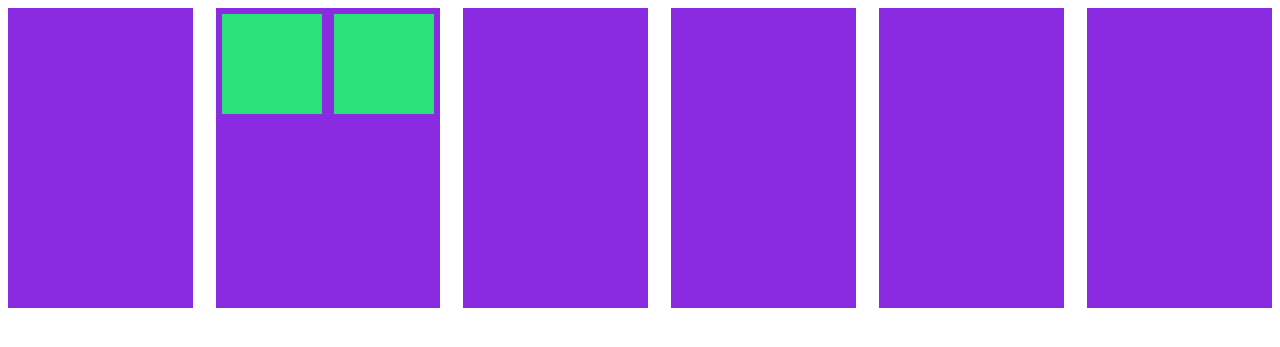
Repository: TzStrikerYT/Dise-o-web-NA00
Page: Proyecto-01/index.html
An editor plug-in stored every save of this project. The page is shown before and after the next save, followed by the edit.
The browser window is 1280 px wide. The pictures show the whole page.

Above is the page before, as saved 2024-08-21 20:51:12.

After the next save:
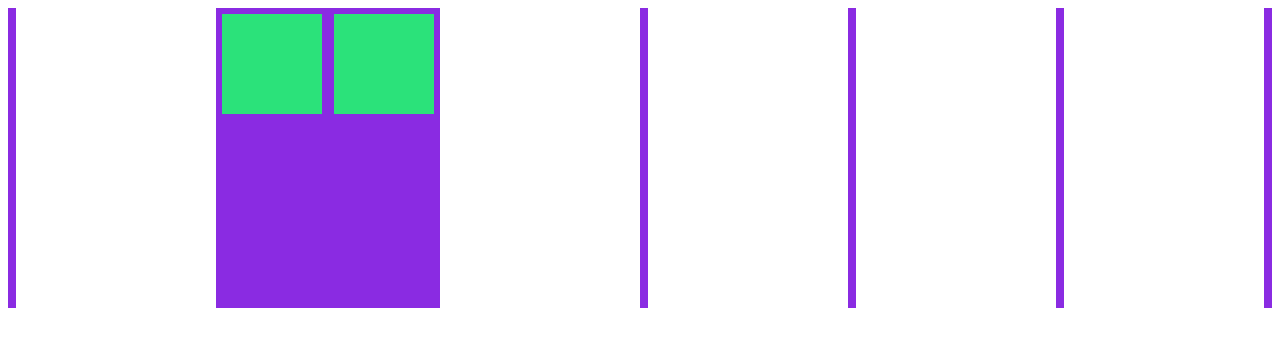
Saved 12 s later.
--- a/Proyecto-01/style.css
+++ b/Proyecto-01/style.css
@@ -14,5 +14,5 @@
 
 .container {
     display: flex;
-    gap: 23px;
+    gap: 200px;
 }
